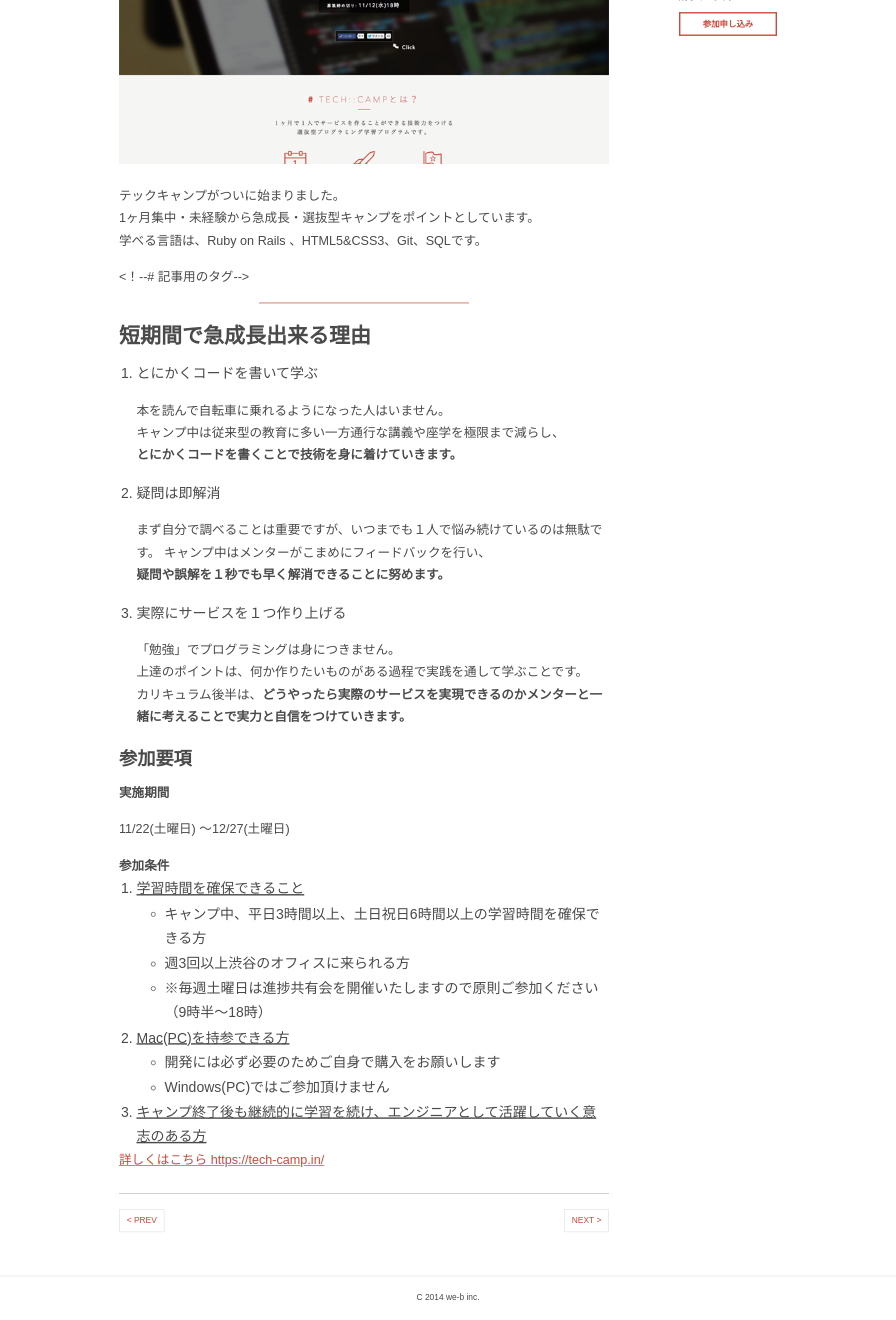
Repository: Kame0012/git_nekotter
Page: techcamp_htmlcss/techcamp_blog/index.html
The author's editor kept a record of every edit. The page is drawn from the files as they stood at one moment, then again after the next edit.
The browser window is 1280 px wide. The pictures show the part of the page from y = 835 to 2755 px (the page is 2720 px tall before and 2755 px after), at 70% of full size.

Above is the page before.

### techcamp_htmlcss/techcamp_blog/index.html
<!DOCTYPE HTML>
<html>
  <head>
    <meta charset="UTF-8">
    <title>テックキャンプ BLOG</title>
    <！--スタイルシートの読み込み-->
    <link rel="stylesheet" href="style.css">
  </head>

  <body>
    <header id="mainHeader">
      <！--画像挿入-->
      <h1><img src="images/logo.png" alt="テックキャンプ BLOG"></h1>
      <p>未経験からプロのエンジニアを目指すテックキャンプの公式ブログです。</p>
    </header>

    <div class="contents clearfix">
      <div class="left_content">
        <！--# 記事用のタグ-->
        <article>
          <header>
            <h2>テックキャンプ 始めました。</h2>
            <ul class="meta clearfix">
              <li>2014-10-03</li>
              <li>START</li>
              <li class="meta_last_child">Yukinari Mako</li>
            </ul>
          </header>
          <img src="images/blog_archive_image.png" alt="テックキャンプ ウェブサイト">
          <p>テックキャンプがついに始まりました。<br>1ヶ月集中・未経験から急成長・選抜型キャンプをポイントとしています。<br>
          学べる言語は、Ruby on Rails 、HTML5&CSS3、Git、SQLです。</p>
          <！--# 記事用のタグ-->
          <hr>
          <h3>短期間で急成長出来る理由</h3>
          <ol>
            <li>とにかくコードを書いて学ぶ
              <p>本を読んで自転車に乗れるようになった人はいません。<br>
                キャンプ中は従来型の教育に多い一方通行な講義や座学を極限まで減らし、<br>
                <span class="bold">とにかくコードを書くことで技術を身に着けていきます。</span>
              </p>
            </li>
            <li>疑問は即解消
              <p>まず自分で調べることは重要ですが、いつまでも１人で悩み続けているのは無駄です。
              キャンプ中はメンターがこまめにフィードバックを行い、<br>
              <span class="bold">疑問や誤解を１秒でも早く解消できることに努めます。</span>
              </p>
            </li>
            <li>実際にサービスを１つ作り上げる
              <p>「勉強」でプログラミングは身につきません。<br>
                  上達のポイントは、何か作りたいものがある過程で実践を通して学ぶことです。<br>
                  カリキュラム後半は、<span class="bold">どうやったら実際のサービスを実現できるのかメンターと一緒に考えることで実力と自信をつけていきます。</span>
              </p>
            </li>
          </ol>

        <h4>参加要項</h4>
        <h5>実施期間</h5>
        <p>11/22(土曜日) 〜12/27(土曜日)</p>
        <h5>参加条件</h5>

        <ol>
          <li><span class="underline">学習時間を確保できること</span>
            <ul>
              <li>キャンプ中、平日3時間以上、土日祝日6時間以上の学習時間を確保できる方</li>
              <li>週3回以上渋谷のオフィスに来られる方</li>
              <li>※毎週土曜日は進捗共有会を開催いたしますので原則ご参加ください（9時半〜18時）</li>
            </ul>
          </li>
          <li><span class="underline">Mac(PC)を持参できる方</span>
            <ul>
              <li>開発には必ず必要のためご自身で購入をお願いします</li>
              <li>Windows(PC)ではご参加頂けません</li>
            </ul>
          </li>
          <li><span class="underline">キャンプ終了後も継続的に学習を続け、エンジニアとして活躍していく意志のある方</span></li>
        </ol>

        <a href="http://tech-camp.in" class="underline">詳しくはこちら https://tech-camp.in/</a>

        </article>

        <ul class="pagenation clearfix">
          <li class="prev"><a href="#">< PREV</a></li>
          <li class="next"><a href="#">NEXT ></a></li>
        </ul>
      </div>

      <div class="right_content">
        <！--#補足情報のタグ-->
        <aside>
          <h2>テックキャンプとは</h2>
          <img src="images/tech-camp.png" alt="">
          <p>
            <strong>テックキャンプ概要</strong><br>
            テックキャンプでは未来を変えるエンジニアを育成しています。
            <a href="http://tech-camp.in">参加申し込み</a>
          </p>
        </aside>
      </div>
    </div>

    <footer id="mainFooter" class="clearfix">
      <p>C 2014 we-b inc.</p>
    </footer>

  </body>
</html>

### techcamp_htmlcss/techcamp_blog/style.css
body, html {
   height: 100%;
   background-color: white;
 }

 h1, h2, h3, h4, h5, h6, p, body {
   line-height: 1.77;
   font-size: 18px;
   color: #4a4a4a;
   font-family: sans-serif;
   margin: 0;
   padding: 0;
 }

 ol{
   margin: 0;
   padding-left: 25px;
 }

 .contents {
   width: 940px;
   /* 上下は余白なし。左右は均一 */
   margin: 0 auto;
 }

 .left_content {
   width: 700px;
   /* 並列に並べる。左寄せ */
   float: left;
   margin: 40px 0 0 0;
 }

 .right_content {
   width: 140px;
  　/* 並列に並べる。右寄せ */
   float: right;
 }

/* floatプロパティを使用した際に起こるレイアウトの崩れを修正するためのクラス　*/
 .clearfix:after {
   content: "";
   clear: both;
   display: block;
 }

 .bold {
   font-weight: bold;
 }

 .underline {
   text-decoration: underline;
 }


 #mainHeader {
   /* 背景画像など　*/
   background: url(images/bg_header.png) no-repeat center center;
   padding: 130px 0;
   text-align: center;
 }

 #mainHeader p {
   margin: 30px 0 0 0;
   color: #fff;
   font-family: serif;
 }

 a {
   text-decoration: none;
   color: #ca493c;
 }

 h1 {
   font-size: 45px;
 }

 h2 {
   font-size: 40px;
 }

 h3 {
   font-size: 33px;
 }

 h4 {
   font-size: 27px;
 }

.contents .left_content article {
   border-bottom: 1px solid #bebebe;
   padding-bottom: 30px;
 }

 .contents .left_content header {
   padding: 0 0 20px;
   border-bottom: 1px solid #e3e3e3;
   margin-bottom: 20px;
 }

 .contents .left_content h2 {
   padding-top: 20px;
 }

 .contents .left_content p {
   margin: 20px 0;
 }

 .contents .left_content {
   margin: 0;
   padding: 0;
   list-style: none;
 }

 .contents .left_content .meta li {
   padding: 0 10px;
   margin: 0;
   float: left;
   list-style: none;
   font-size: 14px;
   color: #4c4c4c;
   border-right: 1px solid #4c4c4c;
 }

 .contents .left_content li.meta_last_child {
   border-right: none;
 }

 .contents .left_content h3, .contents .left_content h4 {
   margin-bottom: 10px;
 }

 .contents .left_content h3 {
   font-size: 30px;
 }

 .contents .left_content h4 {
   font-size: 26px;
 }

 .contents .left_content hr {
   width: 300px;
   margin: 20px auto;
   border: 0;
   border-top: 1px solid #ca493c;
 }

 .contents .left_content ol {
   margin-top: 0px;
   font-size: 20px;
 }

 .contents .pagenation {
   padding: 10px 0;
   font-size: 12px;
 }

 .contents .pagenation li {
   border: 1px solid #e3e3e3;
   list-style: none;
 }

 .contents .pagenation li a {
   display: block;
   padding: 5px 10px;
 }

 .contents .pagenation li a:hover {
   background-color: #f7f7f6;
 }

 .contents .pagenation li.prev {
   float: left;
 }

 .contents .pagenation li.next {
   float: right;
 }

 .right_content {
   margin-top: 40px;
   width: 140px;
   float: right;
 }

 .right_content h2 {
   font-size: 14px;
   margin: 0 0 14px 0;
 }

 .right_content p {
   font-size: 12px;
 }

 .right_content p strong {
   color: #ca493c;
 }

 .right_content p a {
   border: 2px solid #ca493c;
   line-height: 30px;
   /* 中央寄せしたいインライン要素の親要素に入れる */
   text-align: center;
   display: block;
   font-weight: bold;
   margin-top: 10px;
 }

 #mainFooter {
   padding-top: 40px;
 }

 #mainFooter p {
   border-top: 1px solid #e3e3e3;
   text-align: center;
   padding: 20px 0;
   font-size: 12px;
 }
このカリキュラムの理解度を教えてください
ボタンを押していただくと次へ進めます

After the next edit:
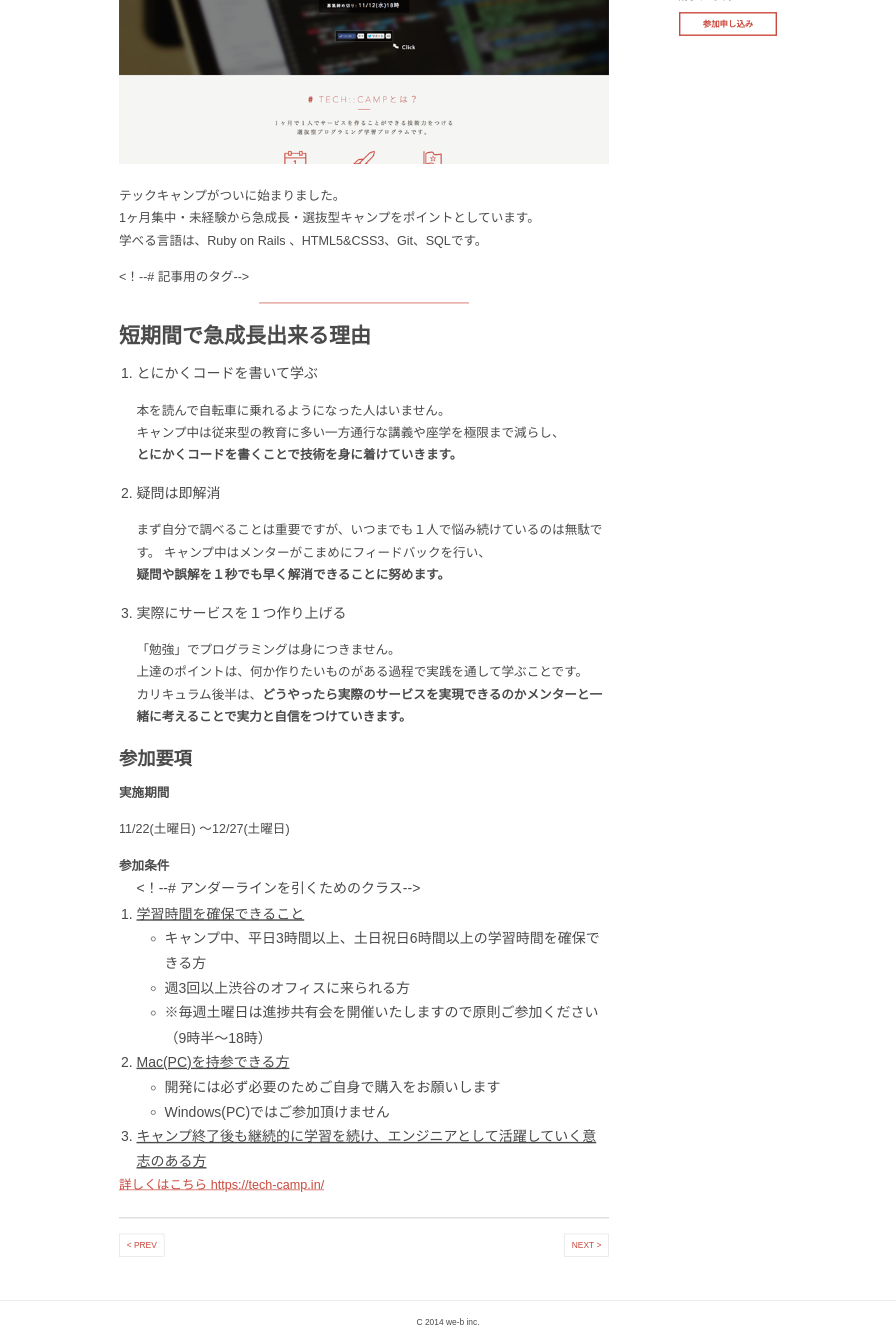
The edit:
--- a/techcamp_htmlcss/techcamp_blog/index.html
+++ b/techcamp_htmlcss/techcamp_blog/index.html
@@ -59,6 +59,7 @@
         <h5>参加条件</h5>
 
         <ol>
+          <！--# アンダーラインを引くためのクラス-->
           <li><span class="underline">学習時間を確保できること</span>
             <ul>
               <li>キャンプ中、平日3時間以上、土日祝日6時間以上の学習時間を確保できる方</li>
